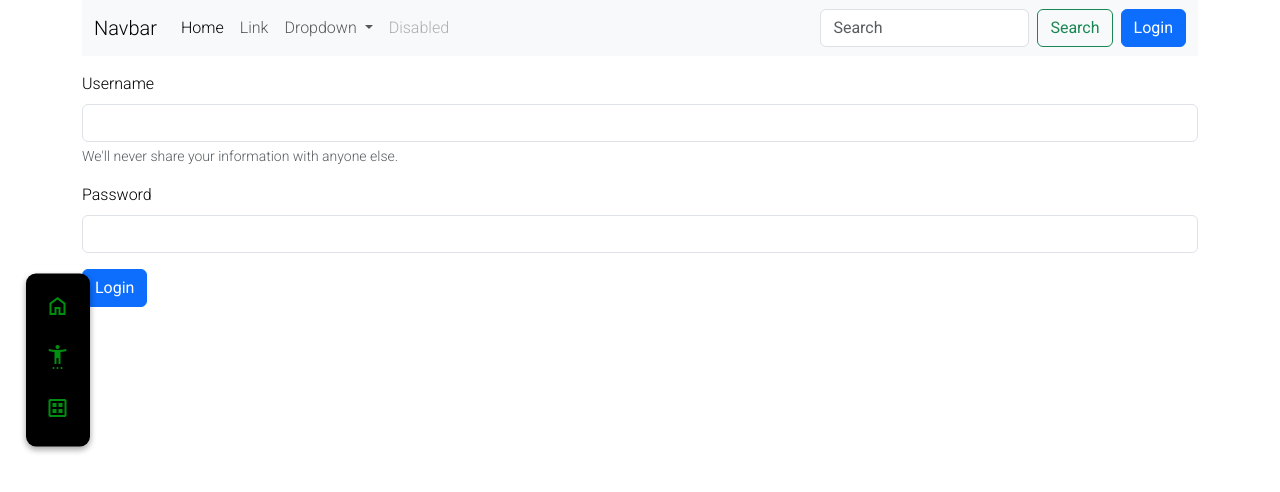
Repository: tuankiet10920/homeworkFEF
Page: /about
These files come from the project's save history. The page is drawn as it stood at one moment and after the next save; the edit follows.
The browser window is 1280 px wide. The pictures show the whole page.
The project was rebuilt for these pictures with package versions that can differ from the ones it lists, and the page was loaded fresh each time. Also part of the build but not shown: vite.config.js, src/views/HomeView.vue. Imported but missing from the stored project, and not drawn on this page: src/assets/audio/intro.mp3.

Above is the page before, as saved 2024-11-10 18:06:07.

### index.html
<!doctype html>
<html lang="en">
  <head>
    <meta charset="UTF-8" />
    <link rel="icon" href="/favicon.ico" />
    <meta name="viewport" content="width=device-width, initial-scale=1.0" />
    <link
      href="https://cdn.jsdelivr.net/npm/bootstrap@5.3.3/dist/css/bootstrap.min.css"
      rel="stylesheet"
      integrity="sha384-QWTKZyjpPEjISv5WaRU9OFeRpok6YctnYmDr5pNlyT2bRjXh0JMhjY6hW+ALEwIH"
      crossorigin="anonymous"
    />
    <link
      rel="stylesheet"
      href="https://fonts.googleapis.com/css2?family=Material+Symbols+Outlined:opsz,wght,FILL,GRAD@20..48,100..700,0..1,-50..200"
    />
    <link rel="preconnect" href="https://fonts.googleapis.com" />
    <link rel="preconnect" href="https://fonts.gstatic.com" crossorigin />
    <link
      href="https://fonts.googleapis.com/css2?family=Roboto:ital,wght@0,100;0,300;0,400;0,500;0,700;0,900;1,100;1,300;1,400;1,500;1,700;1,900&display=swap"
      rel="stylesheet"
    />
    <title>Vite App</title>
    <link rel="stylesheet" href="./src/assets/css/main.css" />
  </head>
  <body>
    <div id="app"></div>
    <script
      src="https://cdn.jsdelivr.net/npm/bootstrap@5.3.3/dist/js/bootstrap.bundle.min.js"
      integrity="sha384-YvpcrYf0tY3lHB60NNkmXc5s9fDVZLESaAA55NDzOxhy9GkcIdslK1eN7N6jIeHz"
      crossorigin="anonymous"
    ></script>
    <script type="module" src="/src/main.js"></script>
  </body>
</html>

### src/assets/css/main.css
* {
  margin: 0;
  padding: 0;
  box-sizing: border-box;
  text-decoration: none;
  color: #000;
  font-size: 16px;
  font-family: 'Roboto', sans-serif;
  font-weight: 300;
  font-style: normal;
}

### src/App.vue
<script setup>
import { RouterLink, RouterView } from 'vue-router'
import GetSrcImage from './assets/help/getSrcImage.js'
import Icon from './components/Icon.vue'
</script>

<template>
  <header>
    <div class="wrapper">
      <nav>
        <RouterLink to="/">
          <Icon iconName="home" />
        </RouterLink>

        <RouterLink to="/about">
          <Icon iconName="settings_accessibility" />
        </RouterLink>

        <RouterLink to="/labs">
          <Icon iconName="dataset" />
        </RouterLink>
      </nav>
    </div>
  </header>
  <RouterView />
</template>

<style scoped>
.wrapper nav a {
  margin-bottom: 20px;
  width: fit-content;
  text-decoration: none;
}
.wrapper nav a span {
  color: #009011;
}
.wrapper nav a:last-child {
  margin-bottom: 0;
}
nav {
  display: flex;
  flex-direction: column;
  justify-content: center;
  position: absolute;
  top: 50%;
  left: 2%;
  transform: translateY(-50%);
  padding: 20px;
  border-radius: 10px;
  background: #000;
  box-shadow:
    rgba(0, 0, 0, 0.16) 0px 3px 6px,
    rgba(0, 0, 0, 0.23) 0px 3px 6px;
}
</style>

### src/router/index.js
import { createRouter, createWebHistory } from 'vue-router'
import HomeView from '../views/HomeView.vue'

const router = createRouter({
  history: createWebHistory(import.meta.env.BASE_URL),
  routes: [
    {
      path: '/',
      name: 'home',
      component: HomeView,
    },
    {
      path: '/about',
      name: 'about',
      // route level code-splitting
      // this generates a separate chunk (About.[hash].js) for this route
      // which is lazy-loaded when the route is visited.
      component: () => import('../views/AboutView.vue'),
    },
    {
      path: '/labs',
      name: 'labs',
      component: () => import('../views/LabView.vue'),
    }
  ],
})

export default router

### src/assets/help/getSrcImage.js
const getSrcImage = (image) => {
    let __path = 'http://localhost:5173/src/assets/img/'
    return __path + image
}
export default getSrcImage

### src/components/Icon.vue
<script setup>
const props = defineProps(['iconName'])
</script>
<template>
  <span class="material-symbols-outlined"> {{ props.iconName }} </span>
</template>
<style scoped></style>

### src/views/AboutView.vue
<script setup>
import Bai5 from '../Labs/Lab3/Bai5.vue'
</script>
<template>
  <Bai5 />
</template>

<style></style>

### src/Labs/Lab3/Bai5.vue
<script setup>
import { reactive, ref } from 'vue'

const authSuccess = ref(false)

const informationAuth = {
  username: 'nguyenvana',
  password: 'vananguyen0123',
}

const userForm = reactive({
  username: '',
  password: '',
})

const login = () => {
  if (userForm.username && userForm.password) {
    if (
      userForm.username === informationAuth.username &&
      userForm.password === informationAuth.password
    ) {
      alert('Login successful!')
    } else {
      alert('Login failed! Please check your username and password.')
    }
  } else {
    alert('Please fill into blank')
  }
}
</script>
<template>
  <div class="container">
    <nav class="navbar navbar-expand-lg bg-body-tertiary">
      <div class="container-fluid">
        <a class="navbar-brand" href="#">Navbar</a>
        <button
          class="navbar-toggler"
          type="button"
          data-bs-toggle="collapse"
          data-bs-target="#navbarSupportedContent"
          aria-controls="navbarSupportedContent"
          aria-expanded="false"
          aria-label="Toggle navigation"
        >
          <span class="navbar-toggler-icon"></span>
        </button>
        <div class="collapse navbar-collapse" id="navbarSupportedContent">
          <ul class="navbar-nav me-auto mb-2 mb-lg-0">
            <li class="nav-item">
              <a class="nav-link active" aria-current="page" href="#">Home</a>
            </li>
            <li class="nav-item">
              <a class="nav-link" href="#">Link</a>
            </li>
            <li class="nav-item dropdown">
              <a
                class="nav-link dropdown-toggle"
                href="#"
                role="button"
                data-bs-toggle="dropdown"
                aria-expanded="false"
              >
                Dropdown
              </a>
              <ul class="dropdown-menu">
                <li><a class="dropdown-item" href="#">Action</a></li>
                <li><a class="dropdown-item" href="#">Another action</a></li>
                <li><hr class="dropdown-divider" /></li>
                <li>
                  <a class="dropdown-item" href="#">Something else here</a>
                </li>
              </ul>
            </li>
            <li class="nav-item">
              <a class="nav-link disabled" aria-disabled="true">Disabled</a>
            </li>
          </ul>
          <form class="d-flex" role="search">
            <input
              class="form-control me-2"
              type="search"
              placeholder="Search"
              aria-label="Search"
            />
            <button class="btn btn-outline-success" type="submit">
              Search
            </button>
          </form>
          <div
            class="auth d-flex align-items-center ms-2"
            style="height: 100%"
            :key="authSuccess"
          >
            <button class="btn btn-primary text-white mb-0" v-if="!authSuccess">
              Login
            </button>
            <div class="auth-success d-flex align-items-center d-none" v-else>
              <p class="text-warning mb-0">Name user</p>
              <button type="button" class="btn btn-danger">Logout</button>
            </div>
          </div>
        </div>
      </div>
    </nav>

    <form class="mt-3" @submit.prevent="login">
      <div class="mb-3">
        <label for="exampleInputEmail1" class="form-label">Username</label>
        <input
          type="text"
          class="form-control"
          id="exampleInputEmail1"
          aria-describedby="emailHelp"
          v-model="userForm.username"
        />
        <div id="emailHelp" class="form-text">
          We'll never share your information with anyone else.
        </div>
      </div>
      <div class="mb-3">
        <label for="exampleInputPassword1" class="form-label">Password</label>
        <input
          type="text"
          class="form-control"
          id="exampleInputPassword1"
          v-model="userForm.password"
        />
      </div>
      <button type="submit" class="btn btn-primary">Login</button>
    </form>
  </div>
</template>
<style scoped></style>

Loaded but not shown: src/main.js (common file)

After the next save:
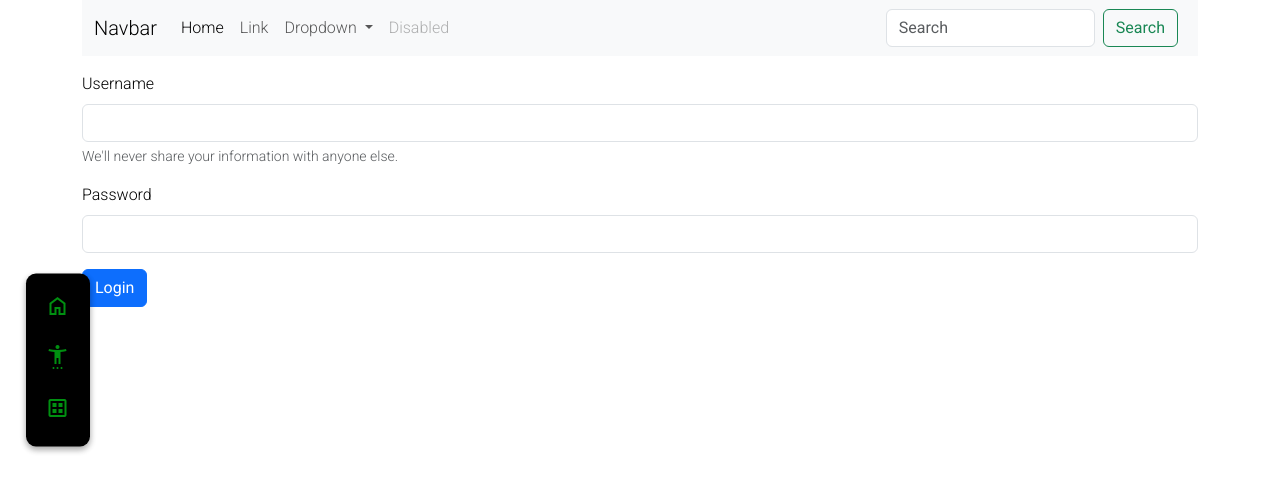
Saved 43 s later.
--- a/src/Labs/Lab3/Bai5.vue
+++ b/src/Labs/Lab3/Bai5.vue
@@ -86,12 +86,8 @@
               Search
             </button>
           </form>
-          <div
-            class="auth d-flex align-items-center ms-2"
-            style="height: 100%"
-            :key="authSuccess"
-          >
-            <button class="btn btn-primary text-white mb-0" v-if="!authSuccess">
+          <div class="auth d-flex align-items-center ms-2" style="height: 100%">
+            <button class="btn btn-primary text-white mb-0" v-if="authSuccess">
               Login
             </button>
             <div class="auth-success d-flex align-items-center d-none" v-else>

After the save that followed:
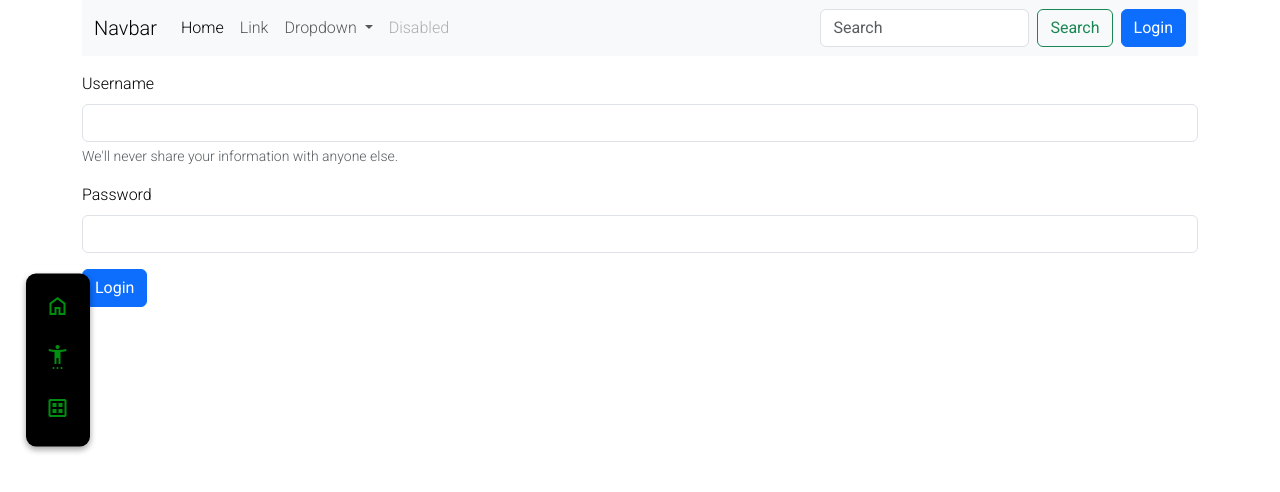
Saved 17 s later.
--- a/src/Labs/Lab3/Bai5.vue
+++ b/src/Labs/Lab3/Bai5.vue
@@ -87,7 +87,10 @@
             </button>
           </form>
           <div class="auth d-flex align-items-center ms-2" style="height: 100%">
-            <button class="btn btn-primary text-white mb-0" v-if="authSuccess">
+            <button
+              class="btn btn-primary text-white mb-0"
+              v-if="authSuccess === false"
+            >
               Login
             </button>
             <div class="auth-success d-flex align-items-center d-none" v-else>
